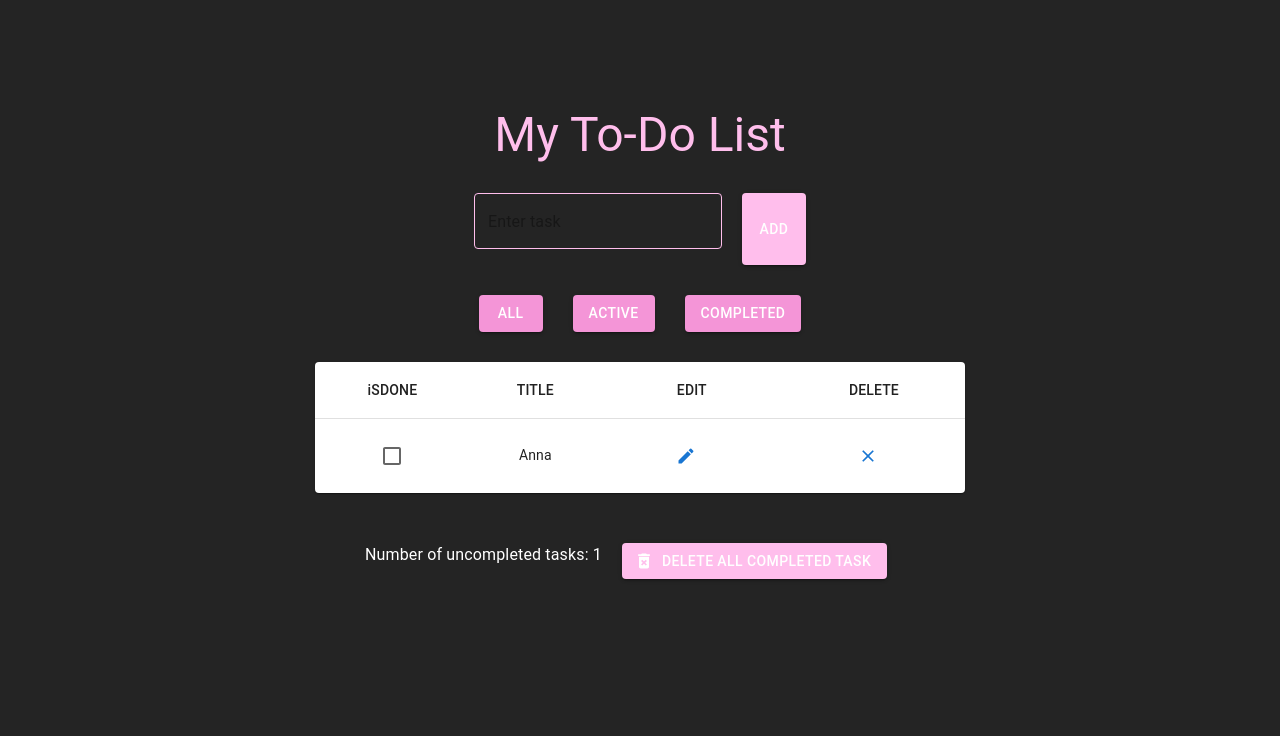
Repository: savannaaaas/ToDo_List
Page: /
The author's editor kept a copy of each file at every save. The page is drawn from the files as they stood at one save, then again after the next save.
The browser window is 1280 px wide. The pictures show the whole page.
The project was rebuilt for these pictures with package versions that can differ from the ones it lists, and the page was loaded fresh each time. Also part of the build but not shown: vite.config.js.

Above is the page before, as saved 2025-08-10 21:12:10.

After the next save:
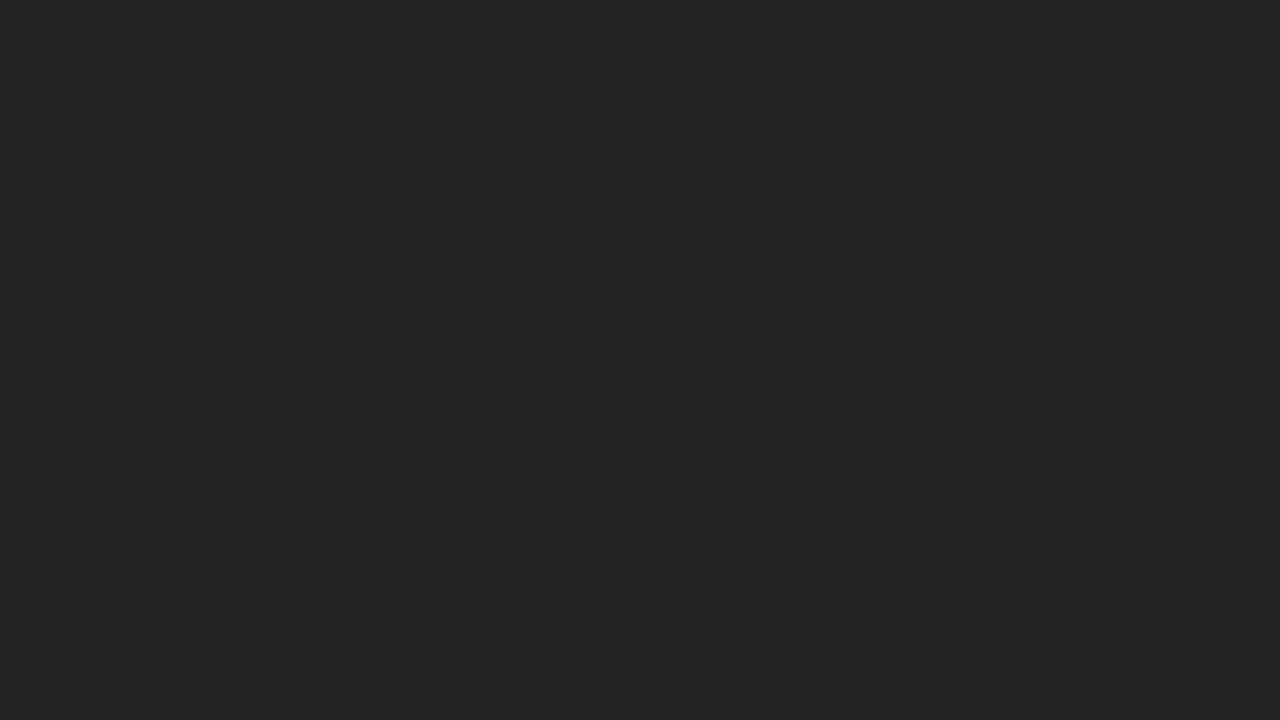
Console error: ReferenceError: error is not defined
Saved 114 s later.
--- a/src/components/AddTask.jsx
+++ b/src/components/AddTask.jsx
@@ -52,6 +52,9 @@
                     borderColor: "#ffbeec",
                     color: "white",
                   },
+                  "& .MuiFormHelperText-root": {
+                    color: error ? "#f44336" : "#ffbeec", // Красный при ошибке, розовый в обычном состоянии
+                  },
                   "&:hover fieldset": {
                     borderColor: "#ff8fd8",
                     color: "white",

After the save that followed:
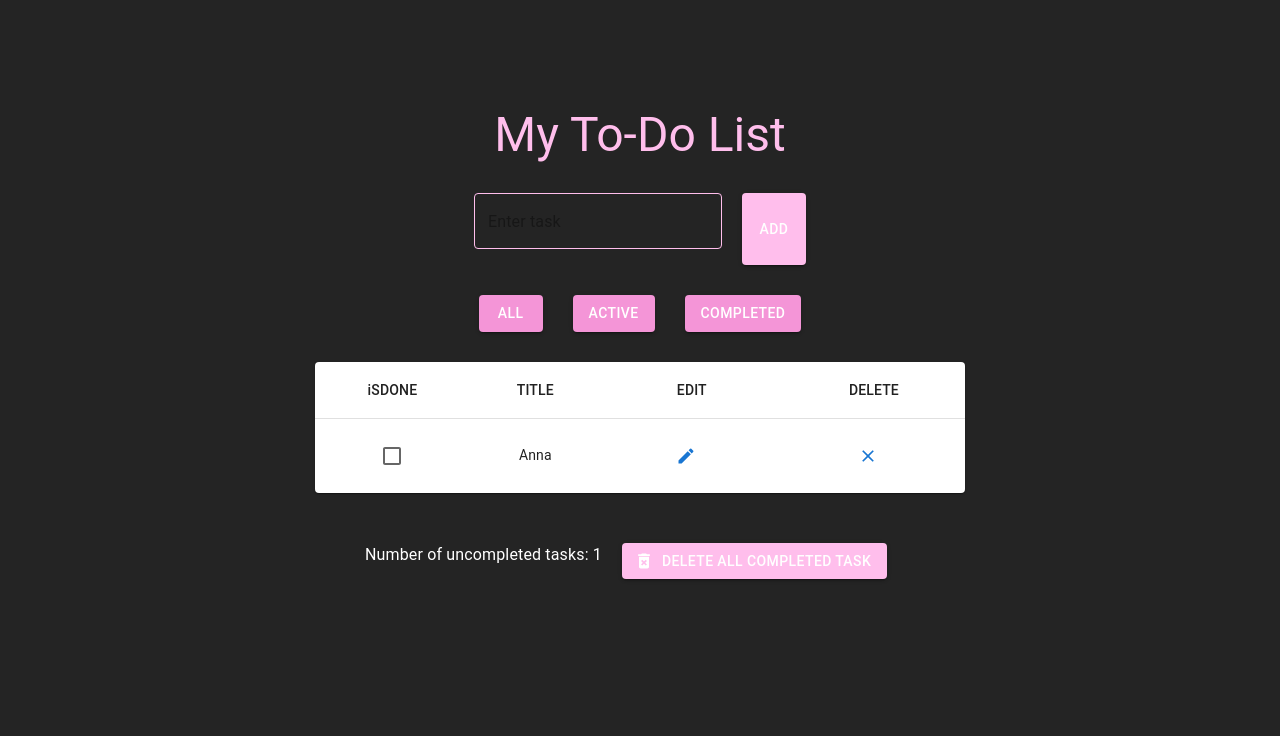
The error is gone.
Saved 26 s later.
--- a/src/components/AddTask.jsx
+++ b/src/components/AddTask.jsx
@@ -52,8 +52,8 @@
                     borderColor: "#ffbeec",
                     color: "white",
                   },
-                  "& .MuiFormHelperText-root": {
-                    color: error ? "#f44336" : "#ffbeec", // Красный при ошибке, розовый в обычном состоянии
+                  "& .MuiFormText-root": {
+                    color: "white",
                   },
                   "&:hover fieldset": {
                     borderColor: "#ff8fd8",
